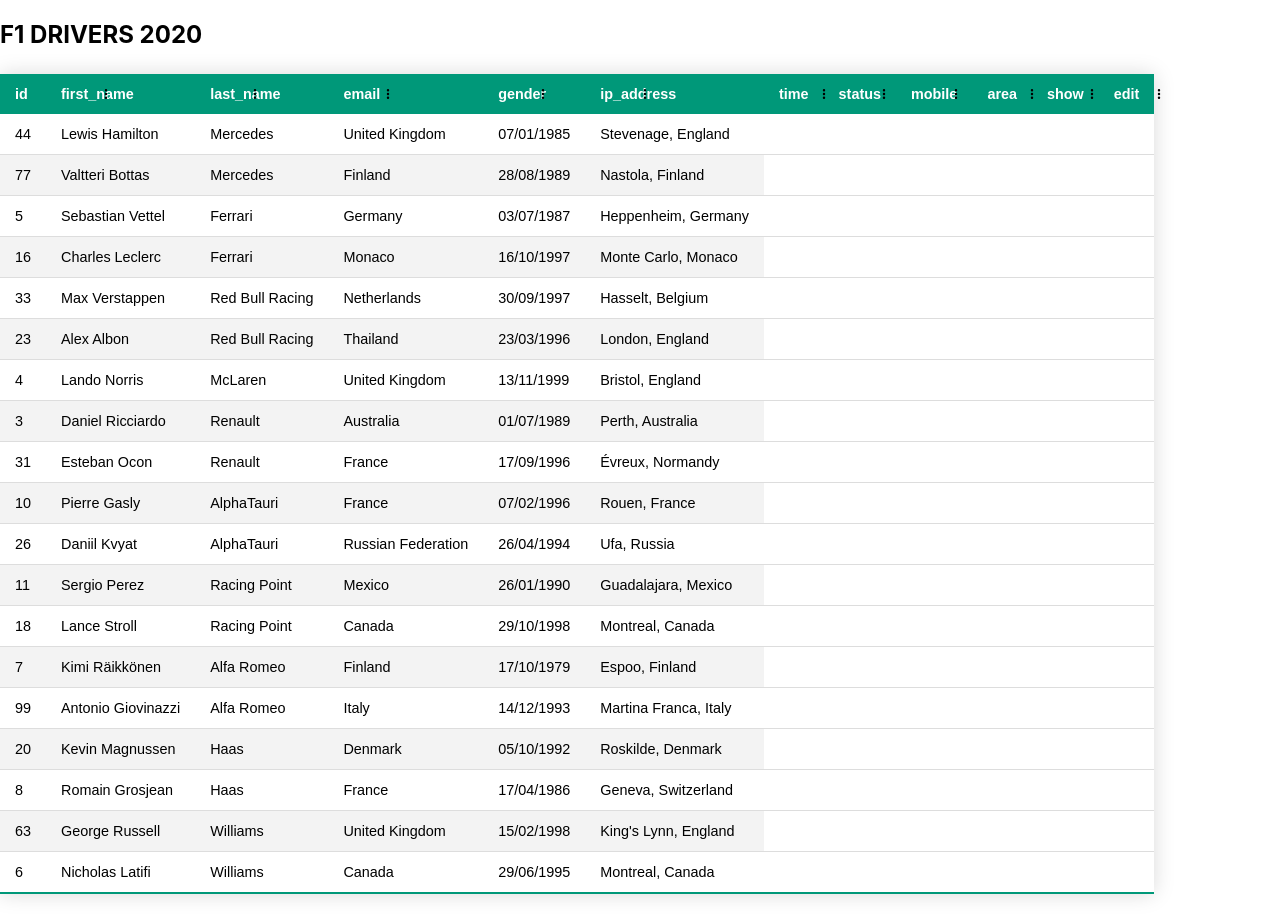
Repository: kartik077-cr7/Ckart
Page: /
The author's editor kept a copy of each file at every save. The page is drawn from the files as they stood at one save, then again after the next save.
The browser window is 1280 px wide. The pictures show the whole page.
The project was rebuilt for these pictures with package versions that can differ from the ones it lists, and the page was loaded fresh each time.

Above is the page before, as saved 2022-12-10 17:22:45.

After the next save:
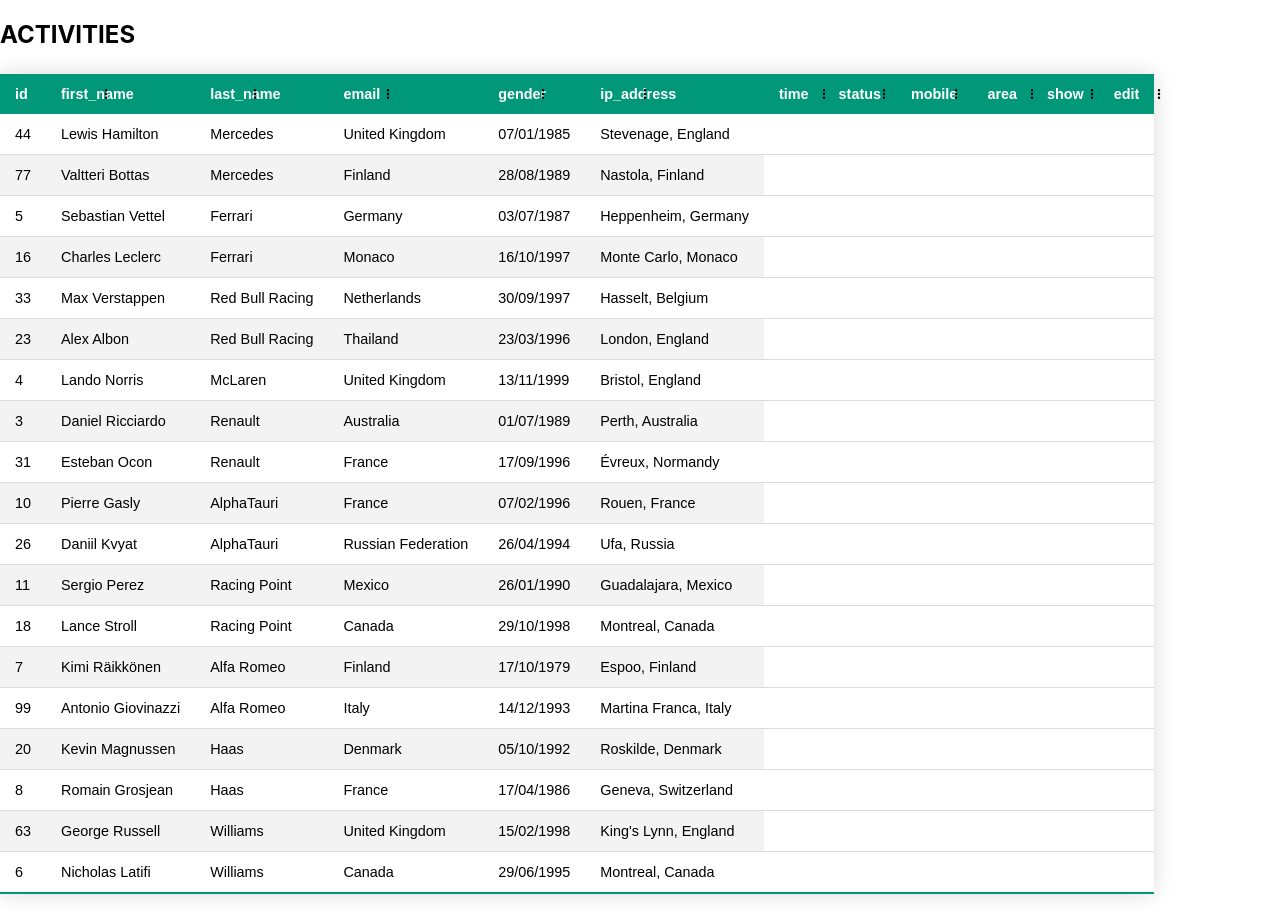
Saved 11 s later.
--- a/src/App.js
+++ b/src/App.js
@@ -163,7 +163,7 @@
 			<Table
 			   data = {driversData}
 			   headingColumns={["id","first_name","last_name","email","gender","ip_address","time","status","mobile","area","show","edit"]}
-				 title = "F1 Drivers 2020"
+				 title = "Activities"
 			/>
     </div>
   );
